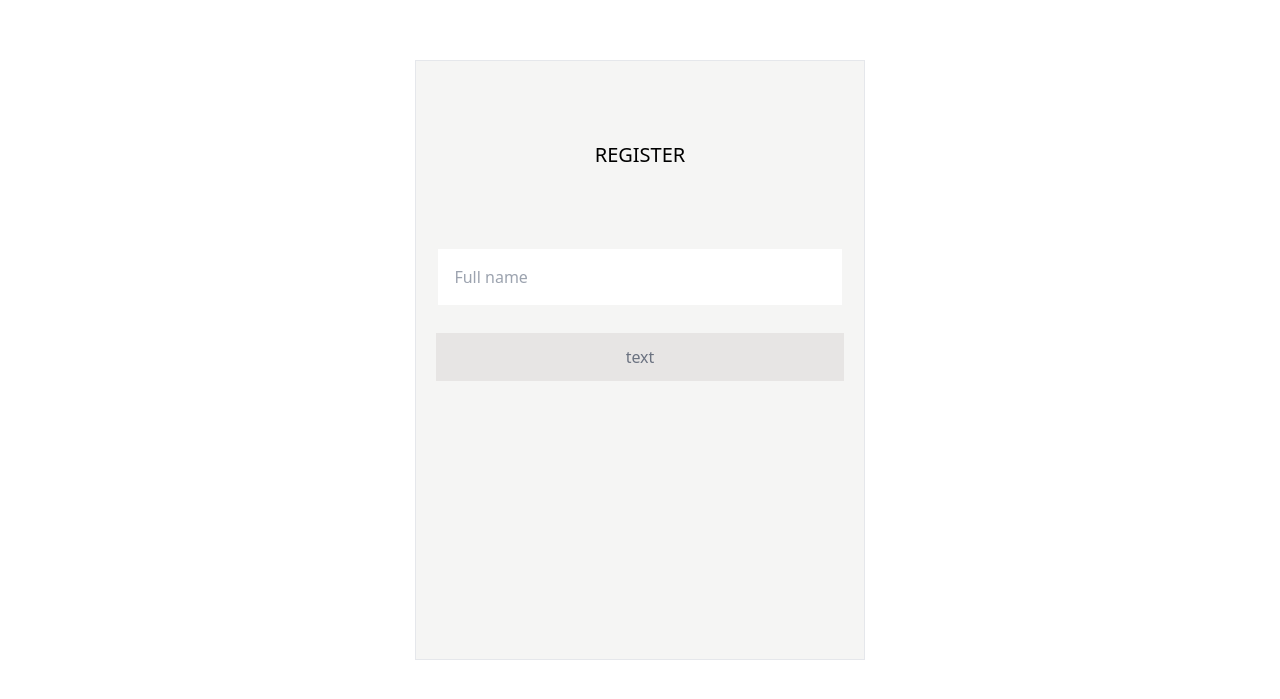
Repository: hsumyatm7308/oop-loginregister-php
Page: login.html
The author's editor kept a copy of each file at every save. The page is drawn from the files as they stood at one save, then again after the next save.
The browser window is 1280 px wide. The pictures show the whole page.
Some web libraries are served in a nearby version.

Above is the page before, as saved 2023-08-01 14:28:45.

### login.html
<!DOCTYPE html>
<html>

<head>
    <title>Login</title>

    <script src="https://cdn.tailwindcss.com"></script>
    <style>

    </style>

</head>

<body class="w-screen h-screen  flex justify-center items-center">
    <div class="w-[450px] h-[600px] bg-stone-100 border flex items-center flex-col">

        <span></span>

        <h1 class="text-xl text-black uppercase mt-20">Register</h1>

        <form action="" id="form" class="w-full flex justify-center items-center flex-col mt-20">
            <div class="page w-full flex justify-center items-center hidden">
                <input type="text" class="w-[90%] p-4 mb-2 focus:outline-none" placeholder="Full name">
            </div>
            <div class="page w-full flex justify-center items-center hidden">
                <input type="text" class="w-[90%] p-4 mb-2 focus:outline-none" placeholder="username">
            </div>
            <div class="page w-full flex justify-center items-center hidden">
                <input type="text" class="w-[90%] p-4 mb-2 focus:outline-none" placeholder="Email">
            </div>
            <div class="page w-full flex justify-center items-center hidden">
                <input type="text" class="w-[90%] p-4 mb-2 focus:outline-none" placeholder="Phone">
            </div>
            <div class="page w-full flex justify-center items-center hidden">
                <input type="text" class="w-[90%] p-4 mb-2 focus:outline-none" placeholder="Password">
            </div>
            <div class="page w-full flex justify-center items-center hidden">
                <input type="text" class="w-[90%] p-4 mb-2 focus:outline-none" placeholder="Comfirm password">
            </div>

            <div class="w-full flex justify-center items-center">
                <button type="button" id="next" class="w-full bg-stone-200 text-gray-500 p-3 m-5 hover:opacity-80 hover:text-gray-800" onclick="gonow(1)">Next </button>
            </div>

        </form>
    </div>

    <script src="./app.js"></script>
</body>

</html>

### app.js
const getpages = document.getElementsByClassName('page');
const getform = document.getElementById('form');
const nextbtn = document.getElementById('next');

obj  =  ["fullname","username","email","password","comfirm"];


const curidx = 0;

showpage(curidx);

function showpage(idx){
    for(let i=0;i<getpages.length-1 ;i++){
       getpages[idx].classList.remove('hidden');
       idx === getpages.length-1 ? nextbtn.textContent = "submit" : nextbtn.textContent = "text";
    }
}

After the next save:
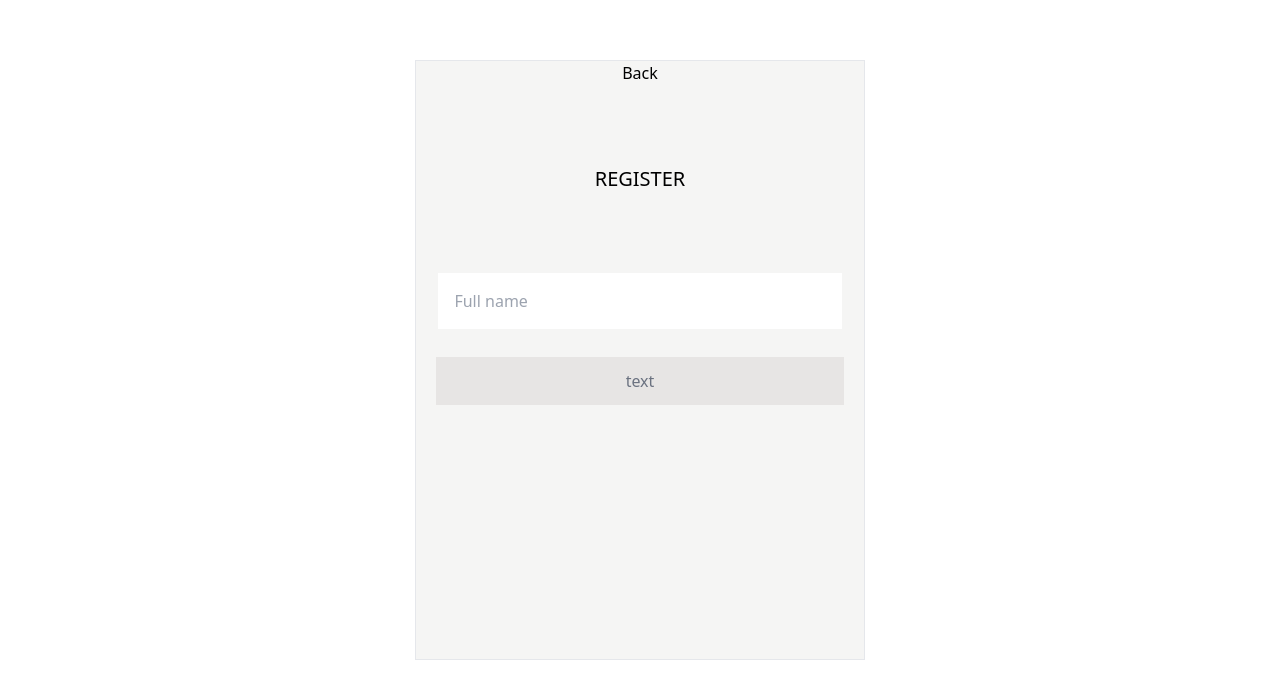
Saved 60 s later.
--- a/login.html
+++ b/login.html
@@ -14,7 +14,7 @@
 <body class="w-screen h-screen  flex justify-center items-center">
     <div class="w-[450px] h-[600px] bg-stone-100 border flex items-center flex-col">
 
-        <span></span>
+        <span>Back</span>
 
         <h1 class="text-xl text-black uppercase mt-20">Register</h1>
 
